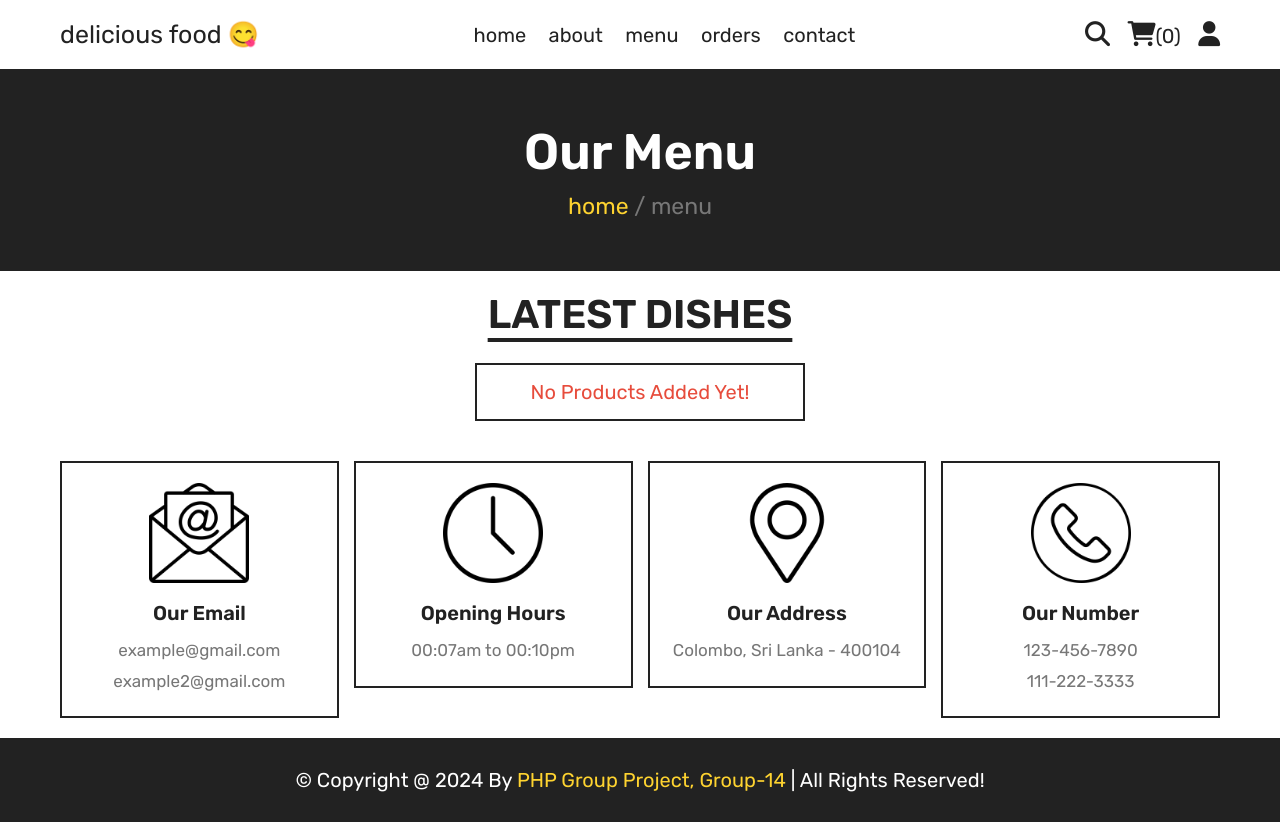
Repository: navodniwarshana/food_order_site
Page: http://localhost/menu.php
These files come from the project's save history. The page is drawn as it stood at one moment and after a run of saves; the edit follows.
The browser window is 1280 px wide. The pictures show the whole page.
Some web libraries are served in a nearby version. The page is run by PHP 8.4 with error messages shown; the project is at /var/www/html/. Queries for data that is not in the repository find no rows.

Above is the page before, as saved 2024-09-27 18:19:53.
Console error: TypeError: Cannot read properties of null (reading 'style')

After the next 2 saves:
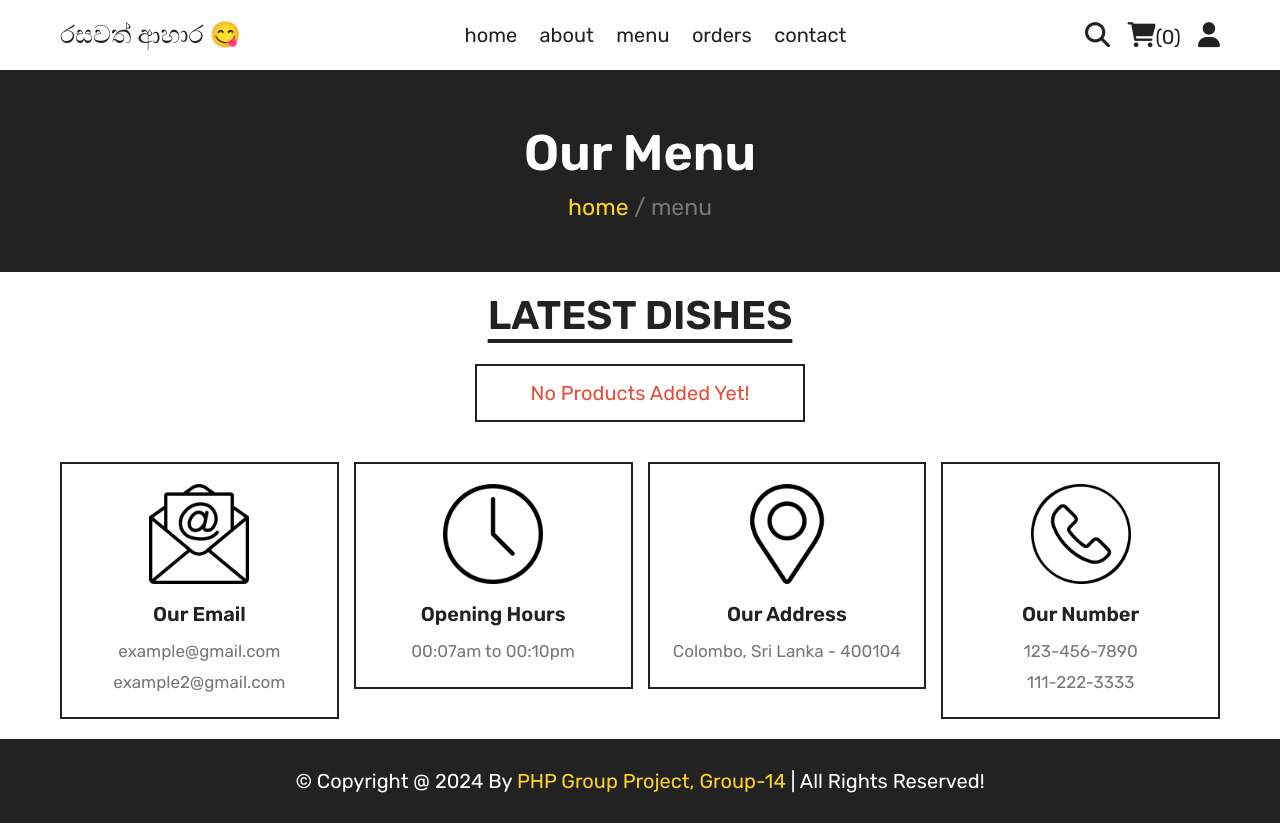
The 2 saves are shown as one change because they came seconds apart.
The last was saved 13 s later.
--- a/components/user_header.php
+++ b/components/user_header.php
@@ -15,7 +15,7 @@ if(isset($message)){
 
    <section class="flex">
 
-      <a href="home.php" class="logo">delicious food 😋</a>
+      <a href="home.php" class="logo">රසවත් ආහාර 😋</a>
 
       <nav class="navbar">
          <a href="home.php">home</a>
